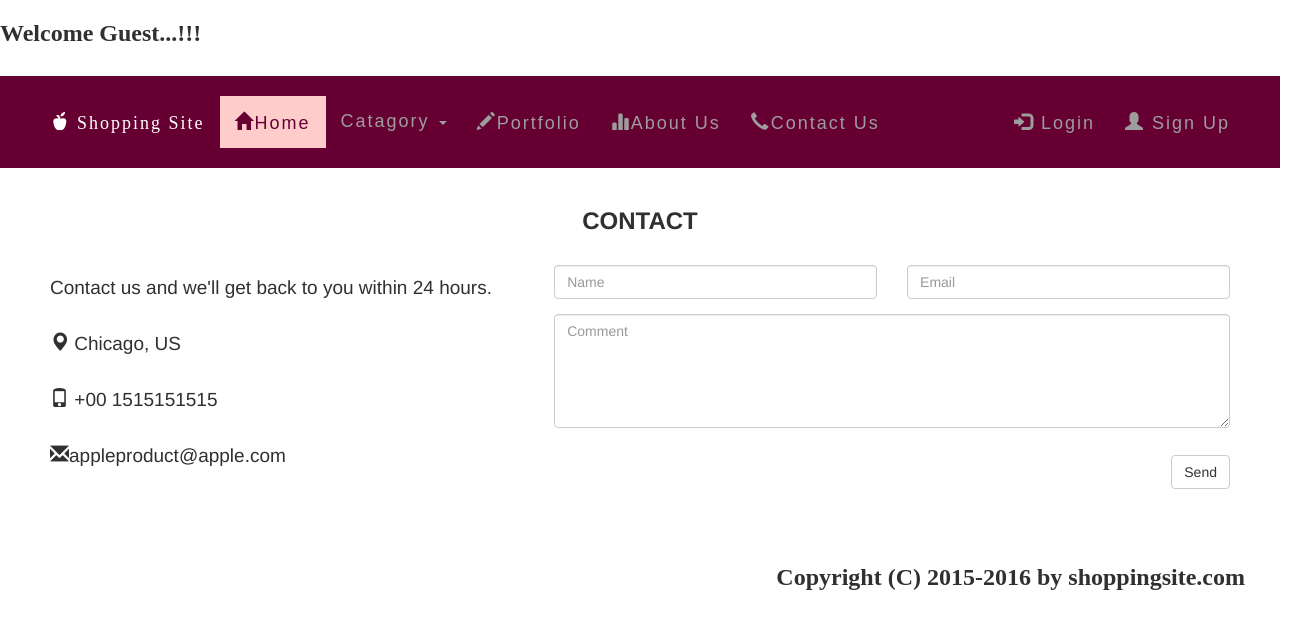
Repository: priyasuthakar/priya
Page: http://localhost/Apple/WEB-INF/views/contactus.jsp
These files come from the project's save history. The page is drawn as it stood at one moment and after the next save; the edit follows.
The browser window is 1280 px wide. The page is 1295 px wide, so the pictures cover 1295 px, including what lies to the right of the window. The pictures show the whole page.
The page is served by Tomcat 9. Nobody is signed in. The template is opened directly, without the code that normally fills it, so the values that code supplies are empty.

Above is the page before, as saved 2016-08-23 09:31:08.

After the next save:
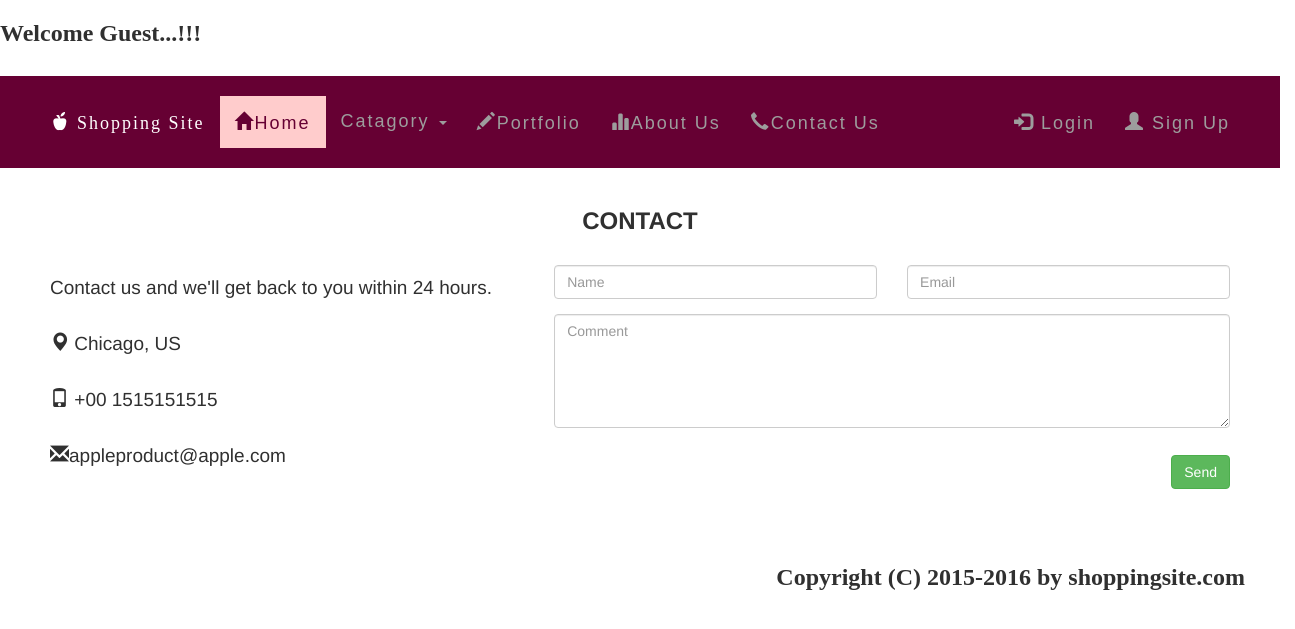
Saved 5 h 49 min later.
--- a/Apple/src/main/webapp/WEB-INF/views/contactus.jsp
+++ b/Apple/src/main/webapp/WEB-INF/views/contactus.jsp
@@ -229,7 +229,7 @@ footer .glyphicon {
 				<br>
 				<div class="row">
 					<div class="col-sm-12 form-group">
-						<button class="btn btn-default pull-right" type="submit">Send</button>
+						<button class="btn btn-success pull-right" type="submit">Send</button>
 					</div>
 				</div>
 			</div>
